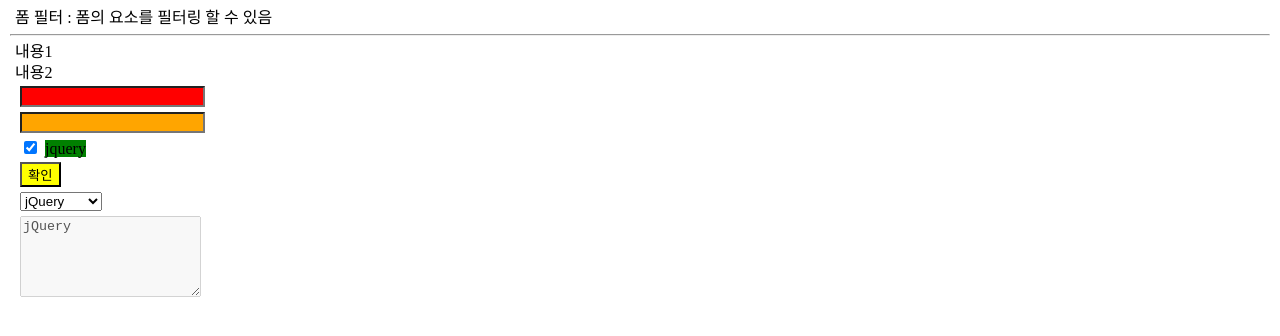
Repository: kimjoohye/study_WEB
Page: workspace/studyhtml5/WebContent/jq/jq01/jq04.html
The author's editor kept a copy of each file at every save. The page is drawn from the files as they stood at one save, then again after the next save.
The browser window is 1280 px wide. The pictures show the whole page.

Above is the page before, as saved 2022-05-10 05:35:56.
Console error (its wording comes from the project's code and is left out).

### workspace/studyhtml5/WebContent/jq/jq01/jq04.html
<!DOCTYPE html>
<html>
<head>
<meta name="viewport" content="width=device-width,initial-scale=1.0">
<meta charset="UTF-8">
<link rel="shortcut icon" type="image/x-icon" href="/studyhtml5/favicon.ico">
<!--reset 스타일시트 -->
<link rel="stylesheet" type="text/css" href="/studyhtml5/asset/css/reset.css">
<title>Insert title here</title>

<!-- jquery -->
<script type="text/javascript" src="/studyhtml5/asset/js/jquery-1.12.4.js"></script>
<!--자바스크립트 코드 -->
<script type="text/javascript">
   $(document).ready(function(){
       // console.log('PCWK *** document');
       // input:text
       $('input:text').css('background', 'red');
       $('input:password').css('background','orange');
       $(':button').css('background','yellow');
       /* 인접선택자 '+' */
       $('input:checked + label').css('background','green');

       $('option:selected').css('color','blue');
       $(':textarea:disabled').css('background','pink');

       /*
                 가시성 필터:
        	 :hidden   ex) div:hidden    div 요소 중 hidden인 요소
        	 :visible  ex) div:visible   div 요소 중 visible인 요소
       */

       // 내용1 : 숨기기
   });
</script>
<!--스타일 시트 -->
<style type="text/css">
</style>
</head>
<body>
   <h2>폼 필터 : 폼의 요소를 필터링 할 수 있음</h2>
   <hr/>
   <div id="vis">내용1</div>
   <div>내용2</div>
   <form action="#" method="get" name="frm">
	   <div>
	    <input type="text" id="user_id" name="user_id">
	   </div>

	   <div>
	    <input type="password" id="pass" name="pass">
	   </div>

	   <div>
	     <input type="checkbox" id="check01" name="check01" checked="checked"><label for="check01">jquery</label>
	   </div>

	   <div>
	     <button id="save">확인</button>
	   </div>

	   <div>
	     <select name="subject" id="subject">
	       <option value="" >전체</option>
	       <option value="10">JAVA</option>
	       <option value="20">ORACLE</option>
	       <option value="30">HTML</option>
	       <option value="40">CSS</option>
	       <option value="50">Javascript</option>
	       <option value="60" selected="selected">jQuery</option>
	     </select>
	   </div>

	   <div>
	     <textarea rows="5" cols="20" name="contents" id="contents" disabled="disabled">jQuery</textarea>
	   </div>
   </form>
</body>
</html>

### workspace/studyhtml5/WebContent/asset/css/reset.css
@charset "UTF-8";
/* http://meyerweb.com/eric/tools/css/reset/
   v2.0 | 20110126
   License: none (public domain)
*/
html, body, div, span, applet, object, iframe,
h1, h2, h3, h4, h5, h6, p, blockquote, pre,
a, abbr, acronym, address, big, cite, code,
del, dfn, em, img, ins, kbd, q, s, samp,
small, strike, strong, sub, sup, tt, var,
b, u, i, center,
dl, dt, dd, ol, ul, li,
fieldset, form, label, legend,
table, caption, tbody, tfoot, thead, tr, th, td,
article, aside, canvas, details, embed,
figure, figcaption, footer, header, hgroup,
menu, nav, output, ruby, section, summary,
time, mark, audio, video {
    margin: 5px;
    padding: 0;
    border: 0;
    font-size: 100%;
    font: inherit;
    vertical-align: baseline;
}
/* HTML5 display-role reset for older browsers */
article, aside, details, figcaption, figure,
footer, header, hgroup, menu, nav, section {
    display: block;
}
body {
    line-height: 1;
}
ol, ul {
    list-style: none;
}
blockquote, q {
    quotes: none;
}
blockquote:before, blockquote:after,
q:before, q:after {
    content: '';
    content: none;
}
table {
    border-collapse: collapse;
    border-spacing: 0;
}

Loaded but not shown: workspace/studyhtml5/WebContent/asset/js/jquery-1.12.4.js (library)

After the next save:
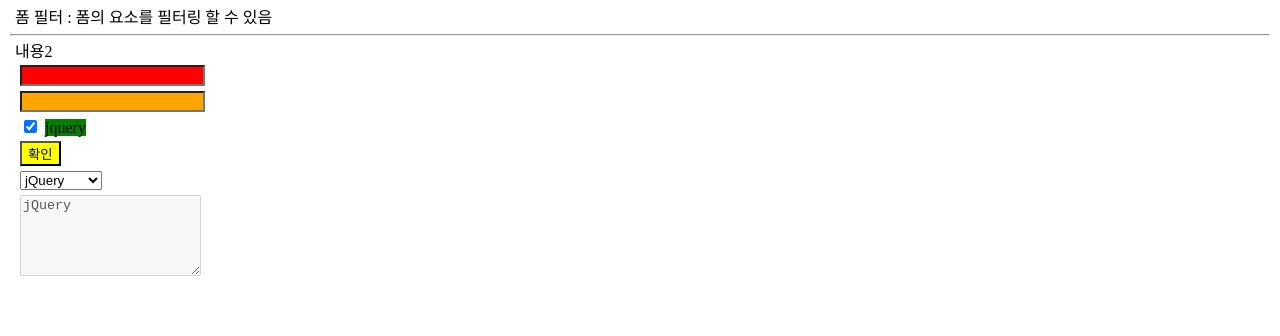
Saved 16 s later.
--- a/workspace/studyhtml5/WebContent/jq/jq01/jq04.html
+++ b/workspace/studyhtml5/WebContent/jq/jq01/jq04.html
@@ -35,6 +35,9 @@
 </script>
 <!--스타일 시트 -->
 <style type="text/css">
+  #vis {
+    display: none;
+  }
 </style>
 </head>
 <body>
